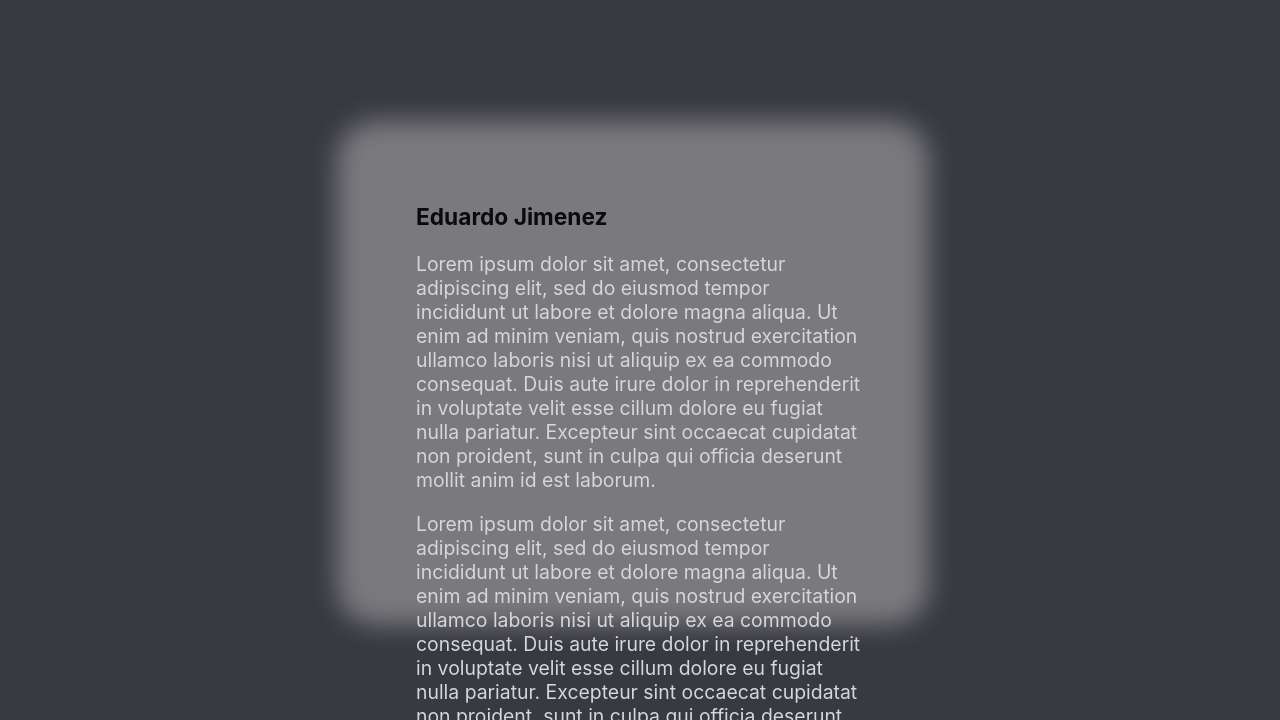
Repository: l8nightswithJS/react-my-portfolio
Page: /
These files come from the project's save history. The page is drawn as it stood at one moment and after the next save; the edit follows.
The browser window is 1280 px wide. The pictures show the whole page.
The project was rebuilt for these pictures with package versions that can differ from the ones it lists, and the page was loaded fresh each time.

Above is the page before, as saved 2021-04-29 12:44:34.

After the next save:
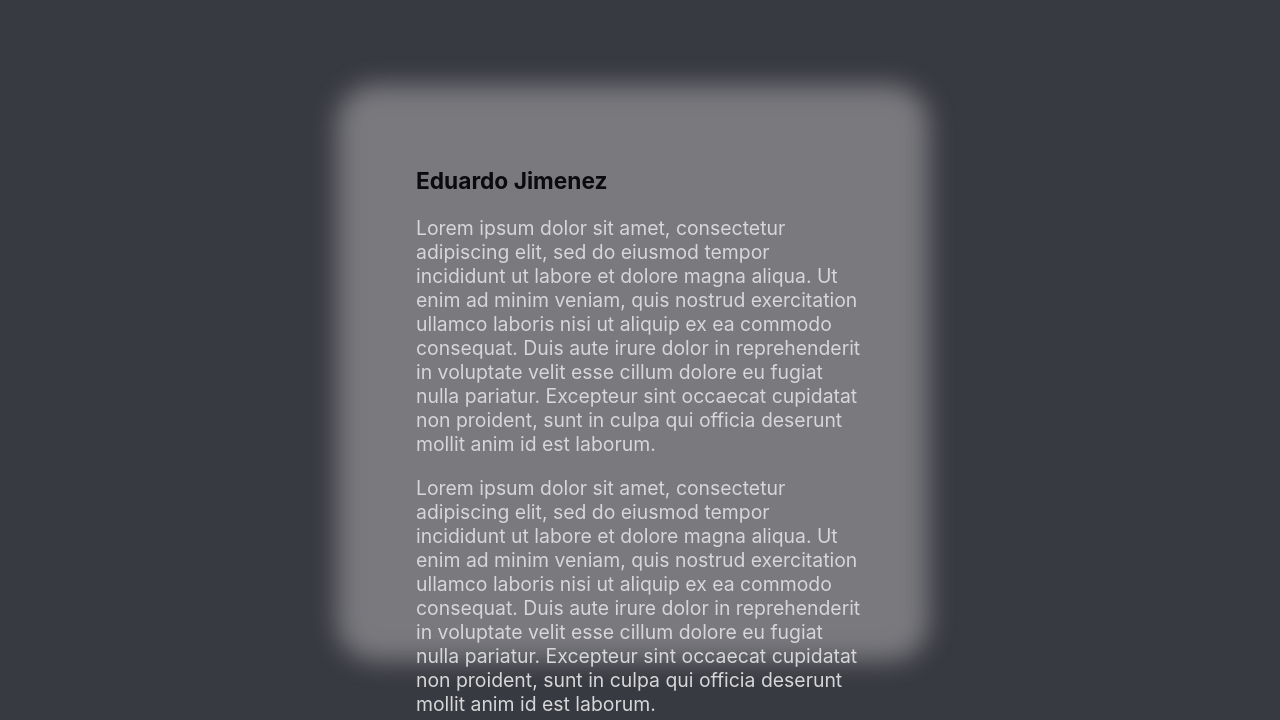
Saved 18 s later.
--- a/src/App.css
+++ b/src/App.css
@@ -11,7 +11,7 @@ section {
   left: 0;
   right: 0;
   background-color: rgb(139, 138, 142);
-  height: 50vh;
+  height: 60vh;
   width: 35vw;
   margin: auto;
   font-size: calc(5px + 2vmin);
